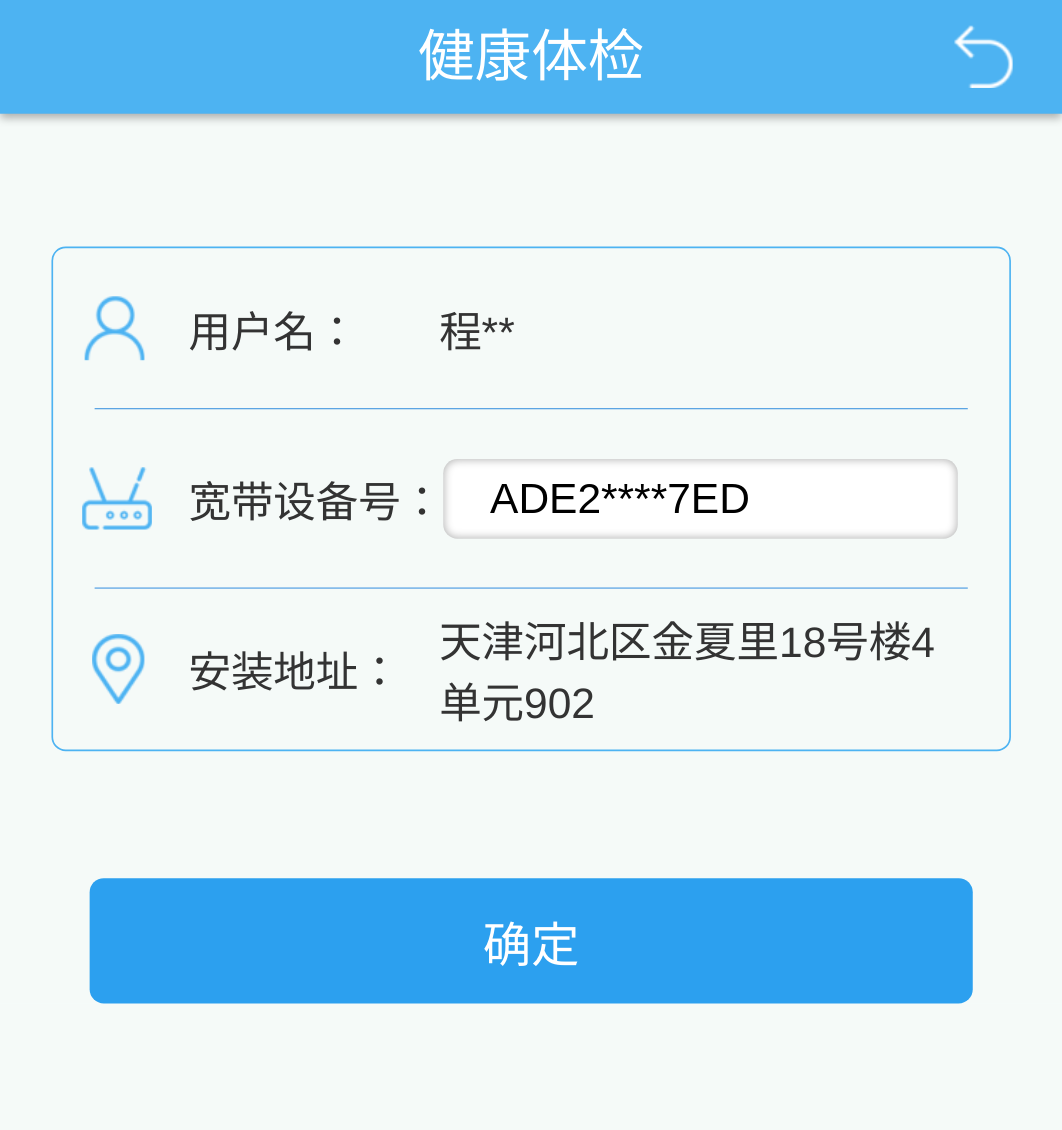
Repository: wangbiaozy/8.24
Page: index_health.html
An editor plug-in stored every save of this project. The page is shown before and after the next save, followed by the edit.
The browser window is 1280 px wide. The pictures show the whole page, at 83% of full size.

Above is the page before, as saved 2018-08-23 20:03:40.

### index_health.html
<!DOCTYPE html>
<html lang="en">
<head>
    <meta charset="UTF-8">
    <meta name="viewport"
          content="width=device-width, user-scalable=no, initial-scale=1.0, maximum-scale=1.0, minimum-scale=1.0">
    <title>Title</title>
    <link rel="stylesheet" href="css/reset.min.css">
    <link rel="stylesheet/less" href="css/styles_test.less">
    <script src="js/less-1.7.0.min.js"></script>
</head>
<body>
    <header>
        <p>健康体检</p>
        <a class="back" href="javascript:void(0)"></a>
    </header>
    <section class="main">
        <ul>
            <li>
                <i></i>
                <p>用户名：</p>
                <p>程**</p>
            </li>
            <li>
                <i></i>
                <p>宽带设备号：</p>
                <select name="" id="">
                    <option value="">ADE2****7ED</option>
                </select>
            </li>
            <li>
                <i></i>
                <p>安装地址：</p>
                <p>天津河北区金夏里18号楼4单元902</p>
            </li>
        </ul>
        <a href="./index_test1.html">确定</a>
    </section>
</body>
</html>
<script src="js/jquery-1.10.1.min.js"></script>
<script src="js/index.js"></script>

### css/reset.min.css
@charset "utf-8";
/*默认样式清除和初始化*/
body,h1,h2,h3,h4,h5,h6,hr,p,blockquote,dl,dt,dd,ul,ol,li,button,input,textarea,th,td{margin:0;padding:0}body{font-size:12px;font-style:normal;font-family:"\5FAE\8F6F\96C5\9ED1",Helvetica,sans-serif}small{font-size:12px}h1{font-size:18px}h2{font-size:16px}h3{font-size:14px}h4,h5,h6{font-size:100%}ul,ol{list-style:none}a{text-decoration:none;background-color:transparent}a:hover,a:active{outline-width:0;text-decoration:none}table{border-collapse:collapse;border-spacing:0}hr{border:0;height:1px}img{border-style:none}img:not([src]){display:none}svg:not(:root){overflow:hidden}html{-webkit-touch-callout:none;-webkit-text-size-adjust:100%}input,textarea,button,a{-webkit-tap-highlight-color:rgba(0,0,0,0)}article,aside,details,figcaption,figure,footer,header,main,menu,nav,section,summary{display:block}audio,canvas,progress,video{display:inline-block}audio:not([controls]),video:not([controls]){display:none;height:0}progress{vertical-align:baseline}mark{background-color:#ff0;color:#000}sub,sup{position:relative;font-size:75%;line-height:0;vertical-align:baseline}sub{bottom:-0.25em}sup{top:-0.5em}button,input,select,textarea{font-size:100%;outline:0}button,input{overflow:visible}button,select{text-transform:none}textarea{overflow:auto}button,html [type="button"],[type="reset"],[type="submit"]{-webkit-appearance:button}button::-moz-focus-inner,[type="button"]::-moz-focus-inner,[type="reset"]::-moz-focus-inner,[type="submit"]::-moz-focus-inner{border-style:none;padding:0}button:-moz-focusring,[type="button"]:-moz-focusring,[type="reset"]:-moz-focusring,[type="submit"]:-moz-focusring{outline:1px dotted ButtonText}[type="checkbox"],[type="radio"]{box-sizing:border-box;padding:0}[type="number"]::-webkit-inner-spin-button,[type="number"]::-webkit-outer-spin-button{height:auto}[type="search"]{-webkit-appearance:textfield;outline-offset:-2px}[type="search"]::-webkit-search-cancel-button,[type="search"]::-webkit-search-decoration{-webkit-appearance:none}::-webkit-input-placeholder{color:inherit;opacity:.54}::-webkit-file-upload-button{-webkit-appearance:button;font:inherit}.clear:after{display:block;height:0;content:"";clear:both}
*{ -webkit-tap-highlight-color: rgba(0,0,0,0);-webkit-tap-highlight-color: transparent; /* For some Androids */ }

### js/index.js
(function (doc, win) {
    var docEl = doc.documentElement,
        resizeEvt = 'orientationchange' in window ? 'orientationchange' : 'resize',
        recalc = function () {
            var clientWidth = docEl.clientWidth;
            if (!clientWidth) return;
            docEl.style.fontSize = 100 * (clientWidth / 750) + 'px';
        };
    if (!doc.addEventListener) return;
    win.addEventListener(resizeEvt, recalc, false);
    doc.addEventListener('DOMContentLoaded', recalc, false);
})(document, window);
$(function () {

    //首页一键体检
    $('#beforeBtn').on('click',function(){
        $('.before').hide();
        $('.check').show();
        $('.progress').circleProgress({
            value: 1,
            size: 115,
            startAngle: Math.PI/2,
            thickness: 14,
            animation: {duration:12000},//进度条完成时间（ms）
            fill: {
                gradient: ["#32edfd"]
            },
            //circle-animation-start：	function(event)-event - jQ事件
            //circle-animation-progress：	function(event, animationProgress, stepValue)：-event - jQ事件 animationProgress - 从0.0到1.0stepValue - 当前的步长值，从0.0到value
            //circle-animation-end:	function(event)：-event - jQ事件
        }).on('circle-animation-progress', function (event, progress, stepValue) {
                $(this).find('span').html(parseInt(stepValue.toFixed(2) * 100));
        }).on('circle-animation-end',function(){
            $('.message').removeClass('move');
            stop();
            $('.check').hide();
            $('.result').show();
        });
        start();
        messageMove();
    });

    //远程测速
    (function () {
        try {
            $('.progress_1').circleProgress({
                value: 1,
                size: 150,
                startAngle: Math.PI / 2,
                thickness: 14,
                animation: { duration: 24000 },//进度条完成时间（ms）
                fill: {
                    gradient: ["#32edfd"]
                },
            }).on('circle-animation-progress', function (event, progress, stepValue) {
                $(this).find('span').html(parseInt(stepValue.toFixed(2) * 100));
            }).on('circle-animation-end', function () {
                stop();
                $('.result_1').show();
                /* if(success){
                    $('.result_1').show();
                }else{
                    $('.result_2').show();
                } */
            });
            start();
        } catch{ }
    })();

    //优化按钮显示优化弹窗
    $('#showOptimizeTcBtn').on('click',function(){
        $('.tc_optimize').show();
    });


    //检查项滚动
    var messageInnerText = '1111';
    function messageScroll(){
        $('.message').children('li:first-child').remove();
        $('.message').append('<li>'+messageInnerText+'</li>');
        if(!$('.message').hasClass('move')){
            window.clearInterval(timer);
        }
    }
    function messageMove(){
        timer = window.setInterval(messageScroll,500);
    }


    //检测时间
    var hour,minute,second;
    hour=minute=second=0;
    var millisecond=0;
    var int;
    function start(){
        int=setInterval(times,50);
    }
    function times(){
        millisecond=millisecond+50;
        if(millisecond>=1000){
            millisecond=0;
            second=second+1;
        }
        if(second>=60){
            second=0;
            minute=minute+1;
        }

        if(minute>=60){
            minute=0;
            hour=hour+1;
        }
      $('#timeText').text((hour<10?"0"+hour:hour)+':'+(minute<10?"0"+minute:minute)+':'+(second<10?"0"+second:second));
    }
    function stop(){
        window.clearInterval(int);
    }


    //查看详细清单下拉
    $('.arrow').on('click',function(){
        var $this = $(this),
            $listBox = $(this).siblings('div');
        $listBox.slideToggle("normal",function(){
            if($listBox.css('display') === 'block'){
                $this.addClass('act');
                $this.siblings('p').css('opacity','0');
            }else{
                $this.removeClass('act');
                $this.siblings('p').css('opacity','1');
            }
        });
    });



    //网关重启 WIFI开关 LED指示灯开关 查看黑名单
    $('#controlBox').on('click','a',function(){
        var $this = $(this);
        if($this.hasClass('off')){
            $this.removeClass('off');
        }else{
            $this.addClass('off');
        }
    });

    $('#look_blacklist').on('click',function(){
        $('.blacklistModel').show();
    });

    //返回
    $('.back').on('click',function(){
        window.history.go(-1);
    });
    //关闭弹窗
    $('.close').on('click',function(){
        $(this).parent().hide();
        hideMask();
    });
    //显示遮罩层
    function showMask(){
        $("#mask").css("height",$(document).height());
        $("#mask").css("width",$(document).width());
        $("#mask").show();
        $('body').css('position','fixed');
    }
    //隐藏遮罩层
    function hideMask(){
        $("#mask").hide();
        $('body').css('position','unset');
    }
});

Loaded but not shown: js/less-1.7.0.min.js (library); js/jquery-1.10.1.min.js (library)

After the next save:
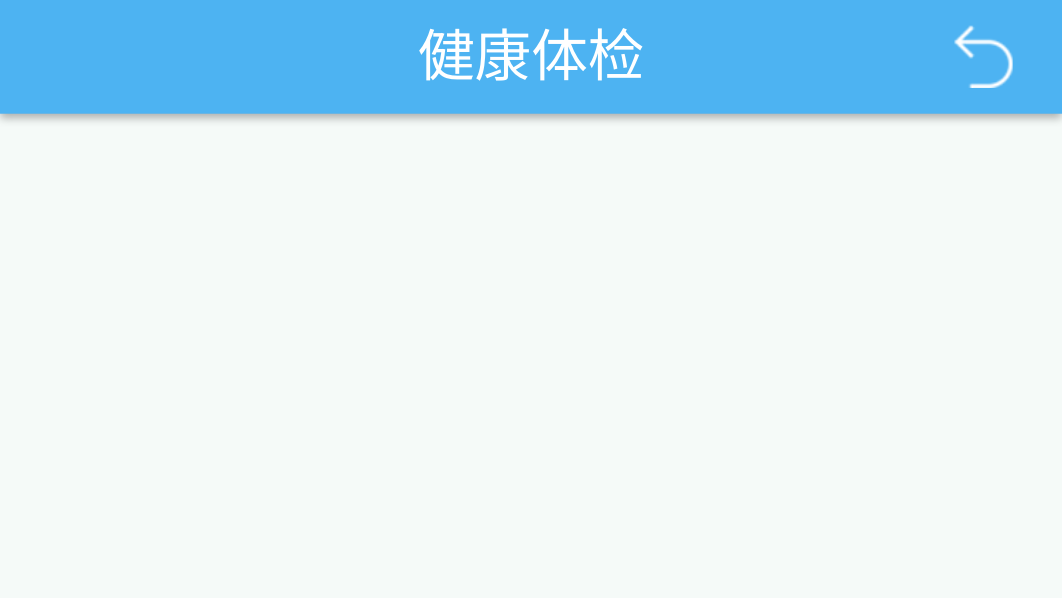
Saved 8 s later.
--- a/index_health.html
+++ b/index_health.html
@@ -14,28 +14,6 @@
         <p>健康体检</p>
         <a class="back" href="javascript:void(0)"></a>
     </header>
-    <section class="main">
-        <ul>
-            <li>
-                <i></i>
-                <p>用户名：</p>
-                <p>程**</p>
-            </li>
-            <li>
-                <i></i>
-                <p>宽带设备号：</p>
-                <select name="" id="">
-                    <option value="">ADE2****7ED</option>
-                </select>
-            </li>
-            <li>
-                <i></i>
-                <p>安装地址：</p>
-                <p>天津河北区金夏里18号楼4单元902</p>
-            </li>
-        </ul>
-        <a href="./index_test1.html">确定</a>
-    </section>
 </body>
 </html>
 <script src="js/jquery-1.10.1.min.js"></script>
